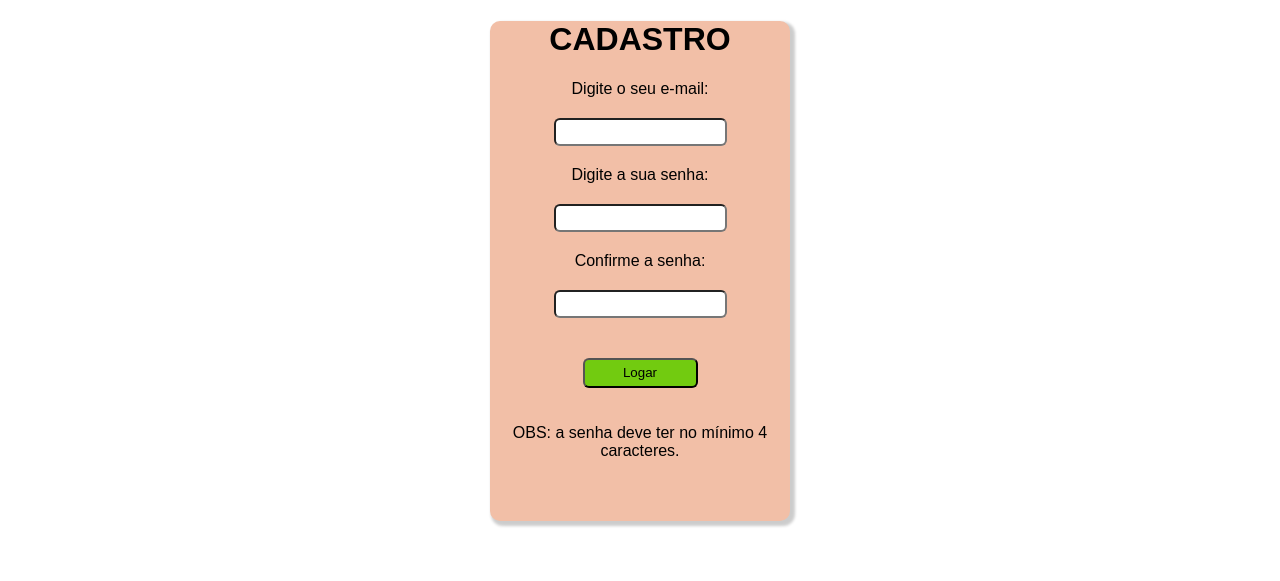
Repository: leviviana21/Java-web-login
Page: http://localhost/conexao_bd/dashboard.jsp
The author's editor kept a copy of each file at every save. The page is drawn from the files as they stood at one save, then again after the next save.
The browser window is 1280 px wide. The pictures show the whole page.
The page is served by Tomcat 9. Other server files are loaded and not shown.

Above is the page before, as saved 2025-06-19 23:20:22.

### conexao_bd/src/main/webapp/dashboard.jsp
<%@ page language="java" contentType="text/html; charset=UTF-8"
    pageEncoding="UTF-8"%>
<!DOCTYPE html>
<html>
<head>
<meta charset="UTF-8">
<title>Insert title here</title>
<link rel="stylesheet" href="style.css">
</head>
<body>

<div class="container">
	<form action="auth" method="post">
        <h1>CADASTRO</h1>
        <label>Digite o seu e-mail: </label>
        <input type="email" name="txtEmail" class="emailsenha" >
        <br>
        <label>Digite a sua senha: </label>
        <input type="password" name="txtSenha" class="emailsenha" >
        <br>
        <label>Confirme a senha: </label>
        <input type="password" name="confirmar_Senha" class="emailsenha" >
        <br>
        <input type="submit" value="Logar" class="botao-login">
        <p>OBS: a senha deve ter no mínimo 4 caracteres.</p>
        <%
			if(request.getAttribute("error") != null){
		%>
		<p class="aviso-erro"><% out.print(request.getAttribute("msg").toString()); %></p>
		<%
			}
		%>
    </form>
</div>
</body>
</html>

### conexao_bd/src/main/webapp/style.css
@charset "UTF-8";

form {
	text-align: center;
	font-family: arial;
}
.emailsenha {
	margin: 20px;
    border-radius: 6px;
    width: 165px;
    height: 22px;
}
.container {
	text-align: center;
	background-color: #F2BFA7;
	border-radius: 10px;
	height: 500px;
	margin: auto;
	width: 300px;
	box-shadow: 3px 3px 3px 2px rgba(0.2, 0.2, 0.2, 0.2);
}

.botao-login {
	border-radius: 6px;
    width: 115px;
    height: 30px;
    margin: 20px;
    background-color: #72cb10;
}
.Mensagem-Sucesso {
	text-align: center;
	font-family: arial;
}
.aviso-erro {
	color: red;
	font-weight: bold;
}

After the next save:
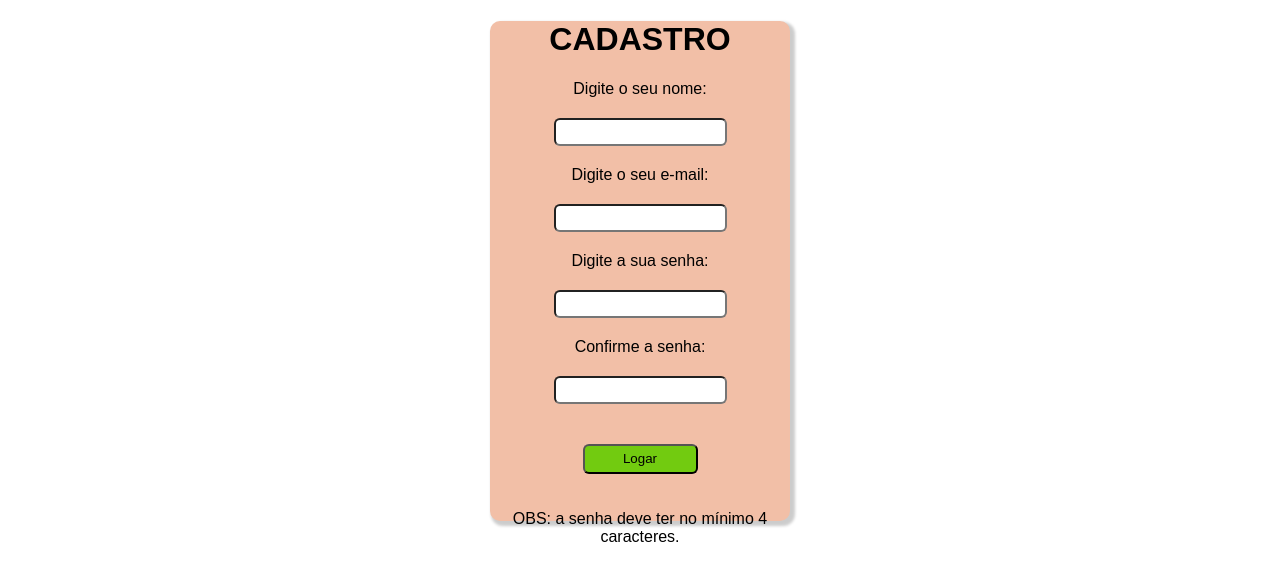
Saved 52 s later.
--- a/conexao_bd/src/main/webapp/dashboard.jsp
+++ b/conexao_bd/src/main/webapp/dashboard.jsp
@@ -12,6 +12,9 @@
 <div class="container">
 	<form action="auth" method="post">
         <h1>CADASTRO</h1>
+        <label>Digite o seu nome: </label>
+        <input type="email" name="txtEmail" class="emailsenha" >
+        <br>
         <label>Digite o seu e-mail: </label>
         <input type="email" name="txtEmail" class="emailsenha" >
         <br>
